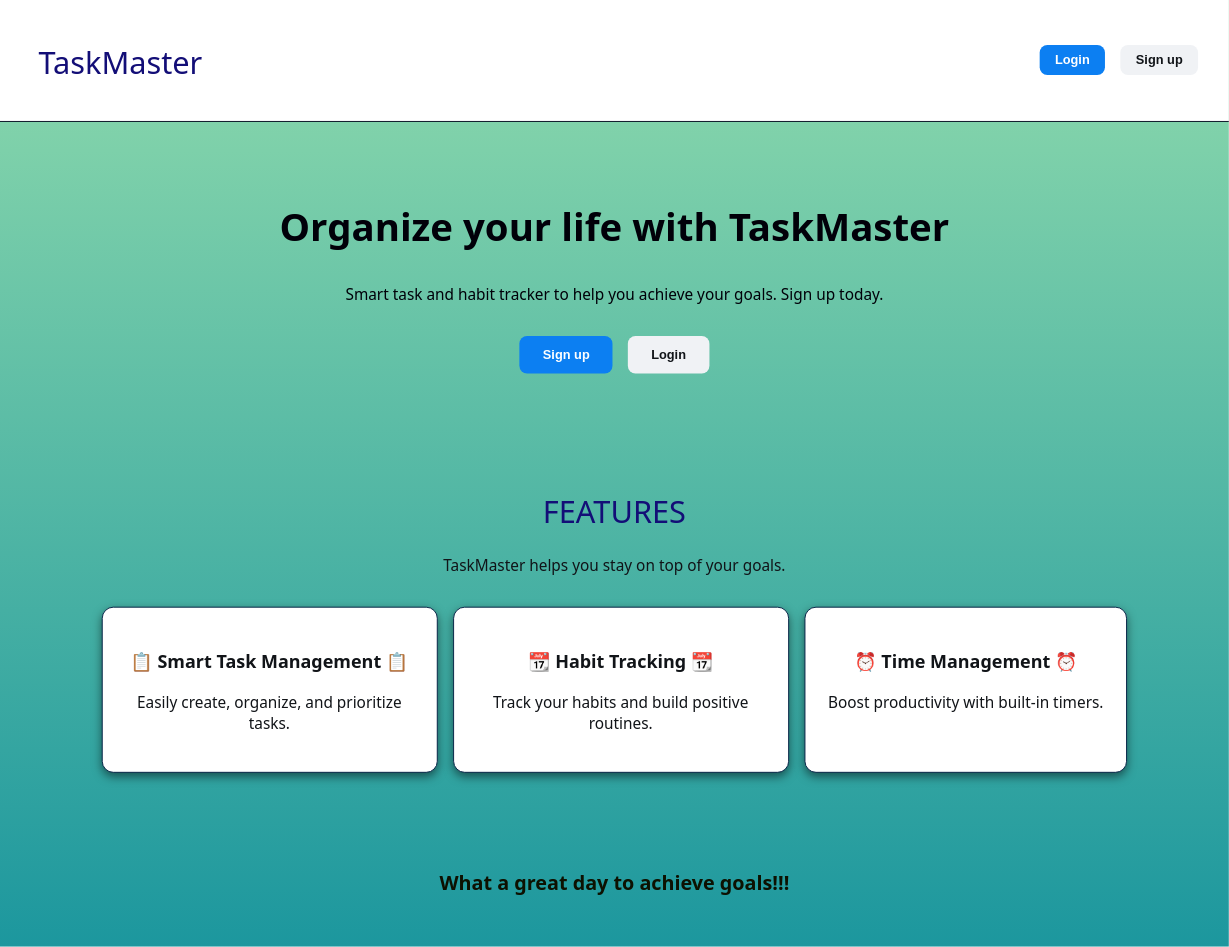
Repository: RachelB9913/smart-task-and-habit-tracker
Page: /
The author's editor kept a copy of each file at every save. The page is drawn from the files as they stood at one save, then again after the next save.
The browser window is 1280 px wide. The pictures show the whole page, at 96% of full size.
The project was rebuilt for these pictures with package versions that can differ from the ones it lists, and the page was loaded fresh each time. Also part of the build but not shown: src/services/api.js, src/components/Login.js, src/components/Auth.css, src/components/Register.js, src/components/DashBoard.js.

Above is the page before, as saved 2025-06-18 18:40:35.

### src/App.js
import { BrowserRouter as Router, Routes, Route } from 'react-router-dom';
import Welcome from './components/welcome';
import Login from './components/Login';
import Register from './components/Register';
import Dashboard from './components/DashBoard';

function App() {
  return (
    <Router>
      <Routes>
        <Route path="/" element={<Welcome />} />
        <Route path="/login" element={<Login />} />
        <Route path="/register" element={<Register />} />
        <Route path="/dashboard" element={<Dashboard />} />
      </Routes>
    </Router>
  );
}

export default App;

### src/components/welcome.js
import { useNavigate } from 'react-router-dom';
import '../App.css'; // Or create a new Welcome.css if preferred
import { useRef, useState, useEffect } from "react";
import PageWrapper from './PageWrapper';



export default function Welcome() {
  const navigate = useNavigate();

  useEffect(() => {
    document.title = "Welcome to TaskMaster";
  }, []);

  return (
    <PageWrapper direction="down">
    <div className="welcome-root">
      <header className="welcome-header">
        <div className="logo-area">
          <svg viewBox="0 0 48 48"><path d="M6 6H42L36 24L42 42H6L12 24L6 6Z" fill="currentColor" /></svg>
          <h2>TaskMaster</h2>
        </div>
        <div className="nav-actions">
          <button onClick={() => navigate('/login')}>Login</button>
          <button onClick={() => navigate('/register')}>Sign up</button>
        </div>
      </header>

      <section className="welcome-hero">
        <h1>Organize your life with TaskMaster</h1>
        <p>Smart task and habit tracker to help you achieve your goals. Sign up today.</p>
        <div className="hero-actions">
          <button onClick={() => navigate('/register')}>Sign up</button>
          <button onClick={() => navigate('/login')}>Login</button>
        </div>
      </section>

      <section className="features">
        <h2>FEATURES</h2>
        <p>TaskMaster helps you stay on top of your goals.</p>
        <div className="feature-cards">
          <div className="feature-card">
            <h3>📋 Smart Task Management 📋</h3>
            <p>Easily create, organize, and prioritize tasks.</p>
          </div>
          <div className="feature-card">
            <h3>📆 Habit Tracking 📆</h3>
            <p>Track your habits and build positive routines.</p>
          </div>
          <div className="feature-card">
            <h3>⏰ Time Management ⏰</h3>
            <p>Boost productivity with built-in timers.</p>
          </div>
        </div>
      </section>

      <footer className="footer">
        <h3>What a great day to achieve goals!!!</h3>
      </footer>
    </div>
    </PageWrapper>
  );
}

### src/App.css
form input {
  width: 100%;
  padding: 0.75rem;
  margin-bottom: 1rem;
  border: 1px solid #ddd;
  border-radius: 0.5rem;
  font-size: 1rem;
  transition: border-color 0.2s;
}

form input:focus {
  border-color: #6366f1; /* Indigo */
  outline: none;
}

form button,
.form-container button {
  width: 100%;
  padding: 0.75rem;
  font-size: 1rem;
  color: white;
  background-color: #6d6ed0; /* Indigo */
  border: none;
  border-radius: 0.5rem;
  cursor: pointer;
  transition: background-color 0.2s;
}

form button:hover,
.form-container button:hover {
  background-color: #4f46e5; /* Darker Indigo */
}

.form-container {
  max-width: 400px;
  margin: 100px auto;
  padding: 2rem;
  background-color: white;
  border-radius: 1rem;
  box-shadow: 0 8px 20px rgba(0, 0, 0, 0.1);
  text-align: center;
}

h2 {
  margin-bottom: 1.5rem;
  color: #130e77;
  font-size: 2rem;
  font-weight: 500;

}

.welcome-root {
  font-family: 'Manrope', 'Noto Sans', sans-serif;
  background: linear-gradient(to bottom, hsl(143, 51%, 71%), #1c979e);
  color: #111418;
  min-height: 100vh;
  display: flex;
  flex-direction: column;
}

.welcome-header {
  display: flex;
  justify-content: space-between;
  align-items: center;
  padding: 1rem 2rem;
  border-bottom: 1px solid #030f21;
  background-color: rgb(255, 255, 255);
}

.logo-area {
  display: flex;
  align-items: center;
  gap: 0.5rem;
}

.nav-links, .nav-actions {
  display: flex;
  gap: 1rem;
  align-items: center;
}

.nav-links a, .footer a {
  text-decoration: none;
  font-weight: 500;
  color: #111418;
}

.nav-actions button {
  padding: 0.5rem 1rem;
  border-radius: 8px;
  border: none;
  font-weight: bold;
  cursor: pointer;
}

/* login top */
.nav-actions button:first-child {
  background: #0c7ff2;
  color: white;
}

/* sign up top */
.nav-actions button:last-child {
  background: #f0f2f5;
  color: #111418;
}

.welcome-hero {
  background: transparent;
  padding: 3rem 2rem;
  text-align: center;
  color: rgb(1, 0, 9);
}

.welcome-hero h1 {
  font-size: 2.5rem;
  font-weight: 800;
}

.hero-actions {
  margin-top: 2rem;
  display: flex;
  justify-content: center;
  gap: 1rem;
}

.hero-actions button {
  padding: 0.75rem 1.5rem;
  font-weight: bold;
  border-radius: 8px;
  border: none;
  cursor: pointer;
}

.hero-actions button:first-child {
  background-color: #0c7ff2;
  color: white;
}

.hero-actions button:last-child {
  background-color: #f0f2f5;
  color: #111418;
}

.features {
  padding: 3rem 2rem;
  text-align: center;
}

.feature-cards {
  display: flex;
  gap: 1rem;
  flex-wrap: wrap;
  justify-content: center;
  margin-top: 2rem;
}

.feature-card {
  background: white;
  padding: 1.5rem;
  border-radius: 12px;
  border: 1px solid #052246;
  max-width: 300px;
  text-align: left;
  text-align: center;
  box-shadow: 0 4px 10px rgba(0, 0, 0, 0.5);

}

.footer {
  text-align: center;
  padding: 2rem;
  font-size: 1.1rem;
  color: #0d1101;
}

.register-background {
  background: linear-gradient(to left top, hsl(143, 51%, 71%), #1c979e);
  min-height: 100vh;
  display: flex;
  align-items: center;
  justify-content: center;
}

.login-background {
  background: linear-gradient(to right bottom, hsl(143, 51%, 71%), #1c979e);
  min-height: 100vh;
  display: flex;
  align-items: center;
  justify-content: center;
}

### src/components/PageWrapper.js
// src/components/PageWrapper.js
import { motion } from 'framer-motion';

export default function PageWrapper({ children, direction = 'left' }) {
  const variants = {
    initial: {
      x: direction === 'left' ? '-100vw' :
         direction === 'right' ? '100vw' : 0,
      y: direction === 'down' ? '-100vh' : 0,
      opacity: 0,
    },
    animate: {
      x: 0,
      y: 0,
      opacity: 1,
      transition: { type: 'spring', stiffness: 60, damping: 20 },
    },
    exit: {
      x: direction === 'left' ? '100vw' :
         direction === 'right' ? '-100vw' : 0,
      y: direction === 'down' ? '100vh' : 0,
      opacity: 0,
      transition: { duration: 0.3 },
    },
  };

  return (
    <motion.div
      initial="initial"
      animate="animate"
      exit="exit"
      variants={variants}
      style={{ width: '100%' }}
    >
      {children}
    </motion.div>
  );
}

Loaded but not shown: public/index.html (common file); src/index.js (common file); src/index.css (common file); src/reportWebVitals.js (common file)

After the next save:
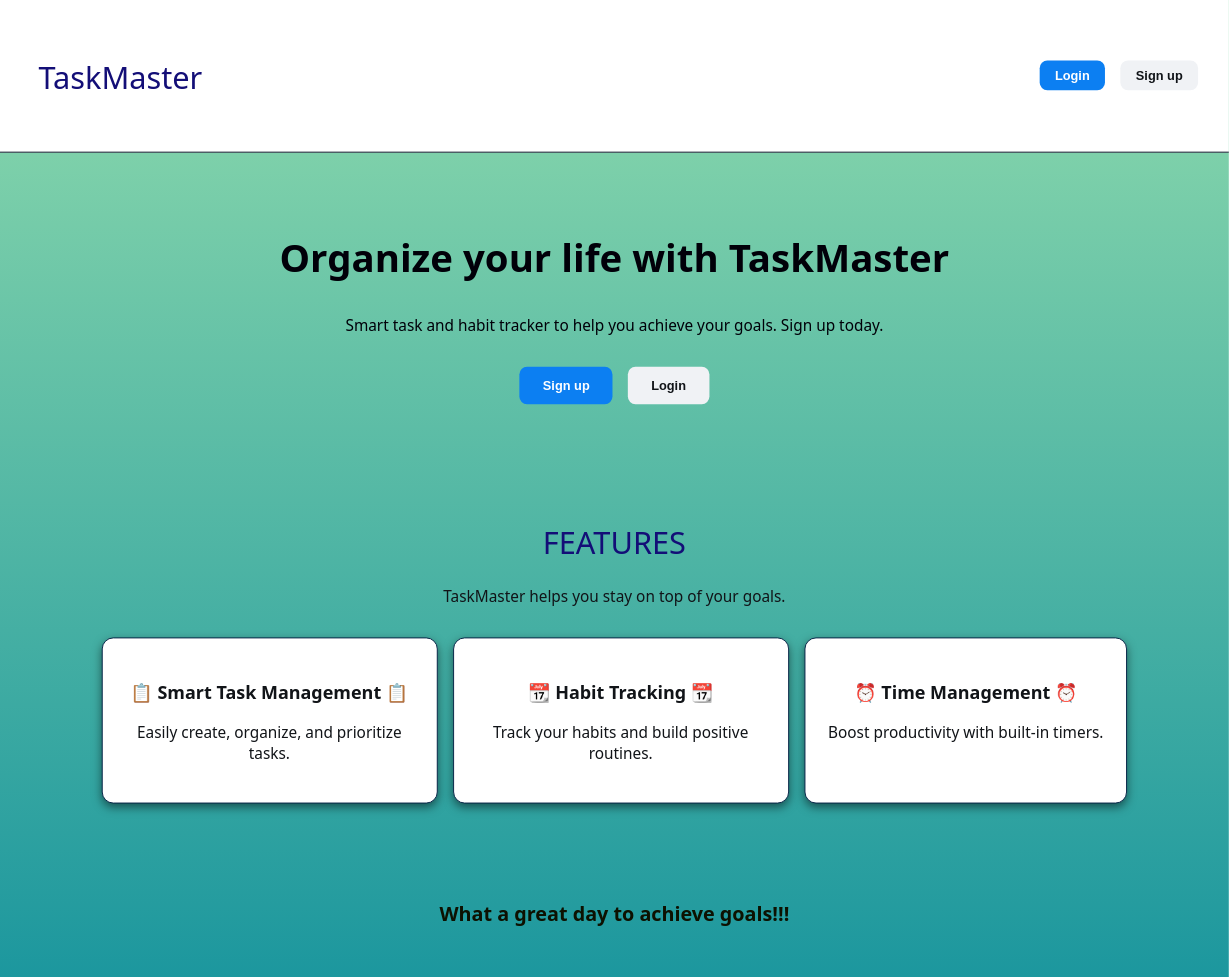
Saved 6 s later.
--- a/src/App.css
+++ b/src/App.css
@@ -62,7 +62,7 @@ h2 {
   display: flex;
   justify-content: space-between;
   align-items: center;
-  padding: 1rem 2rem;
+  padding: 2rem 2rem;
   border-bottom: 1px solid #030f21;
   background-color: rgb(255, 255, 255);
 }
